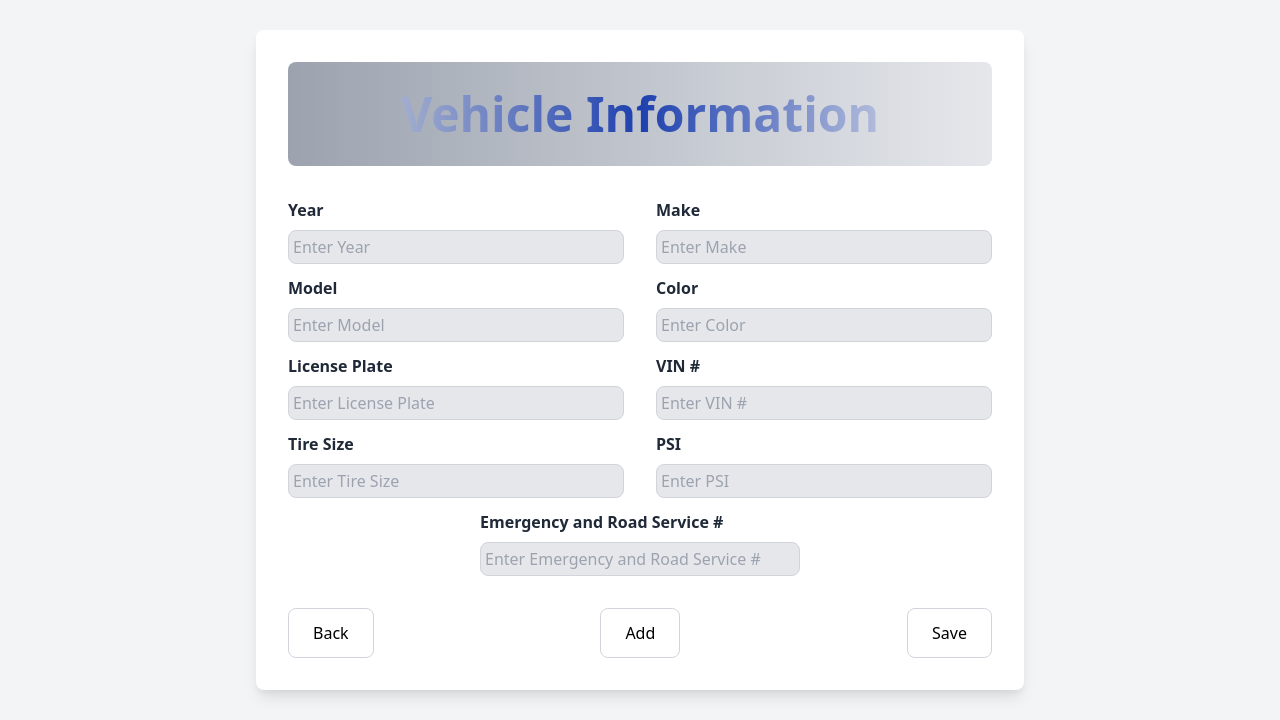
Repository: MercyB19/Russaw_Mercy_Adulting-101_Capstone
Page: page3.html
These files come from the project's save history. The page is drawn as it stood at one moment and after the next save; the edit follows.
The browser window is 1280 px wide. The pictures show the whole page.
Some web fonts or font styles are not loaded; a fallback is used.

Above is the page before, as saved 2024-07-23 20:14:14.

### page3.html
<!DOCTYPE html>
<html lang="en">

<head>
  <meta charset="UTF-8">
  <meta name="viewport" content="width=device-width, initial-scale=1.0">
  <title>Vehicle Information</title>
  <link href="https://cdn.jsdelivr.net/npm/tailwindcss@2.2.19/dist/tailwind.min.css" rel="stylesheet">
  <link rel="stylesheet" href="https://fonts.googleapis.com/css2?family=Balsamiq+Sans:wght@400;700&display=swap">
  <link rel="stylesheet" href="https://fonts.googleapis.com/css2?family=Inter:wght@400;500;600&display=swap">
  <link rel="stylesheet" href="https://fonts.googleapis.com/css2?family=Poppins:wght@500;700&display=swap">
</head>

<body class="bg-gray-100 flex justify-center items-center min-h-screen">
  <div class="w-full max-w-screen-md bg-white rounded-lg shadow-lg p-8">
    <header class="bg-gradient-to-r from-gray-400 to-gray-200 p-7 rounded-lg text-center mb-8">
      <div class="text-5xl font-bold text-teal-800 bg-gradient-to-r from-gray-300 via-blue-800 to-teal-800 bg-clip-text text-transparent">
        Vehicle Information
      </div>
    </header>
    <form class="w-full flex flex-col items-center">
      <div class="w-full flex flex-row justify-between gap-8 mb-3">
        <div class="flex flex-col w-full md:w-[calc(50%-16px)]">
          <label class="font-semibold text-gray-800 mb-2" for="year">Year</label>
          <input class="p-1 bg-gray-200 border border-gray-300 rounded-lg" type="text" id="year" placeholder="Enter Year">
        </div>
        <div class="flex flex-col w-full md:w-[calc(50%-16px)]">
          <label class="font-semibold text-gray-800 mb-2" for="make">Make</label>
          <input class="p-1 bg-gray-200 border border-gray-300 rounded-lg" type="text" id="make" placeholder="Enter Make">
        </div>
      </div>
      <div class="w-full flex flex-row justify-between gap-8 mb-3">
        <div class="flex flex-col w-full md:w-[calc(50%-16px)]">
          <label class="font-semibold text-gray-800 mb-2" for="model">Model</label>
          <input class="p-1 bg-gray-200 border border-gray-300 rounded-lg" type="text" id="model" placeholder="Enter Model">
        </div>
        <div class="flex flex-col w-full md:w-[calc(50%-16px)]">
          <label class="font-semibold text-gray-800 mb-2" for="color">Color</label>
          <input class=" p-1 bg-gray-200 border border-gray-300 rounded-lg" type="text" id="color" placeholder="Enter Color">
        </div>
      </div>
      <div class="w-full flex flex-row justify-between gap-8 mb-3">
        <div class="flex flex-col w-full md:w-[calc(50%-16px)]">
          <label class="font-semibold text-gray-800 mb-2" for="license-plate">License Plate</label>
          <input class=" p-1 bg-gray-200 border border-gray-300 rounded-lg" type="text" id="license-plate" placeholder="Enter License Plate">
        </div>
        <div class="flex flex-col w-full md:w-[calc(50%-16px)]">
          <label class="font-semibold text-gray-800 mb-2" for="vin">VIN #</label>
          <input class="p-1 bg-gray-200 border border-gray-300 rounded-lg" type="text" id="vin" placeholder="Enter VIN #">
        </div>
      </div>
      <div class="w-full flex flex-row justify-between gap-8 mb-3">
        <div class="flex flex-col w-full md:w-[calc(50%-16px)]">
          <label class="font-semibold text-gray-800 mb-2" for="tire-size">Tire Size</label>
          <input class="p-1 bg-gray-200 border border-gray-300 rounded-lg" type="text" id="tire-size" placeholder="Enter Tire Size">
        </div>
        <div class="flex flex-col w-full md:w-[calc(50%-16px)]">
          <label class="font-semibold text-gray-800 mb-2" for="psi">PSI</label>
          <input class="p-1 bg-gray-200 border border-gray-300 rounded-lg" type="text" id="psi" placeholder="Enter PSI">
        </div>
      </div>
      <div class="w-80 flex flex-col mb-8">
        <label class="font-semibold text-gray-800 mb-2" for="emergency">Emergency and Road Service #</label>
        <input class="p-1 bg-gray-200 border border-gray-300 rounded-lg" type="text" id="emergency" placeholder="Enter Emergency and Road Service #">
      </div>
      <div class="w-full flex justify-between gap-4">
        <button class="py-3 px-6 bg-white border border-gray-300 rounded-lg hover:bg-gray-100">Back</button>
        <button class="py-3 px-6 bg-white border border-gray-300 rounded-lg hover:bg-gray-100">Add</button>
        <button class="py-3 px-6 bg-white border border-gray-300 rounded-lg hover:bg-gray-100">Save</button>
      </div>
    </form>
  </div>
</body>

</html>

After the next save:
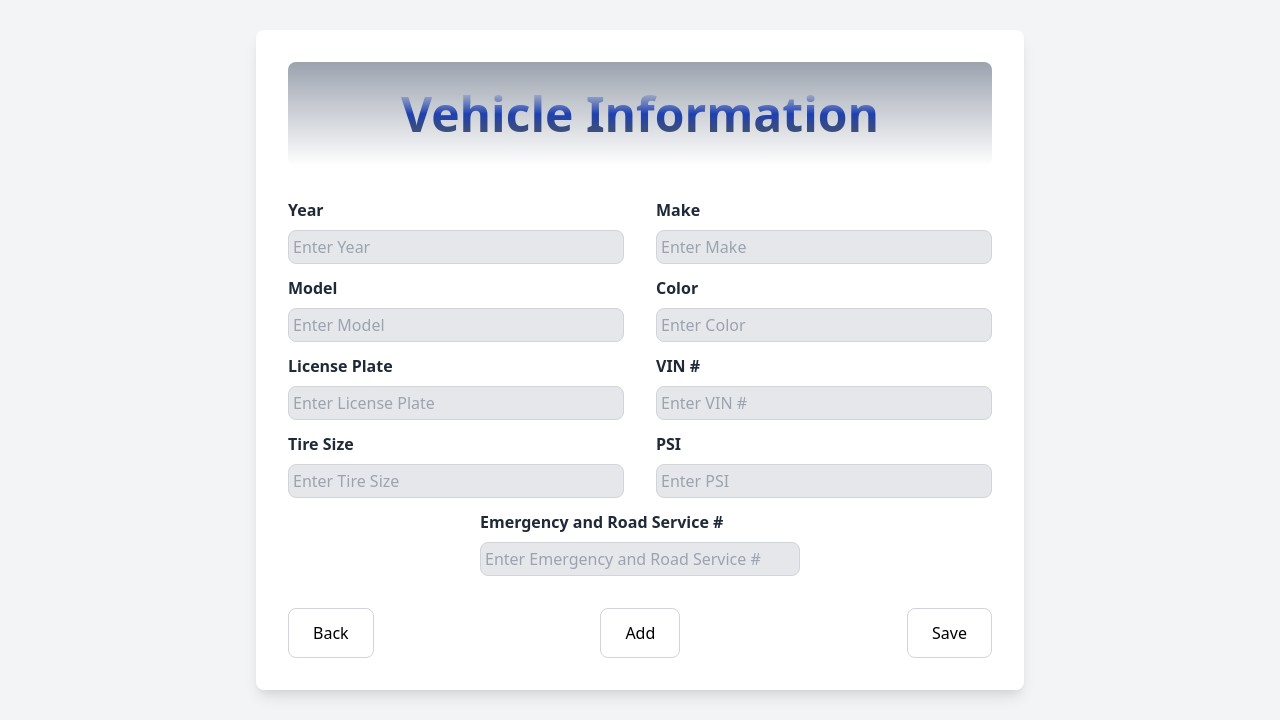
Saved 7 min 7 s later.
--- a/page3.html
+++ b/page3.html
@@ -13,8 +13,8 @@
 
 <body class="bg-gray-100 flex justify-center items-center min-h-screen">
   <div class="w-full max-w-screen-md bg-white rounded-lg shadow-lg p-8">
-    <header class="bg-gradient-to-r from-gray-400 to-gray-200 p-7 rounded-lg text-center mb-8">
-      <div class="text-5xl font-bold text-teal-800 bg-gradient-to-r from-gray-300 via-blue-800 to-teal-800 bg-clip-text text-transparent">
+    <header class="bg-gradient-to-b from-gray-400 p-7 rounded-lg text-center mb-8">
+      <div class="text-5xl font-bold text-teal-800 bg-gradient-to-t from-gray-600 via-blue-800 to-teal-800 bg-clip-text text-transparent">
         Vehicle Information
       </div>
     </header>
